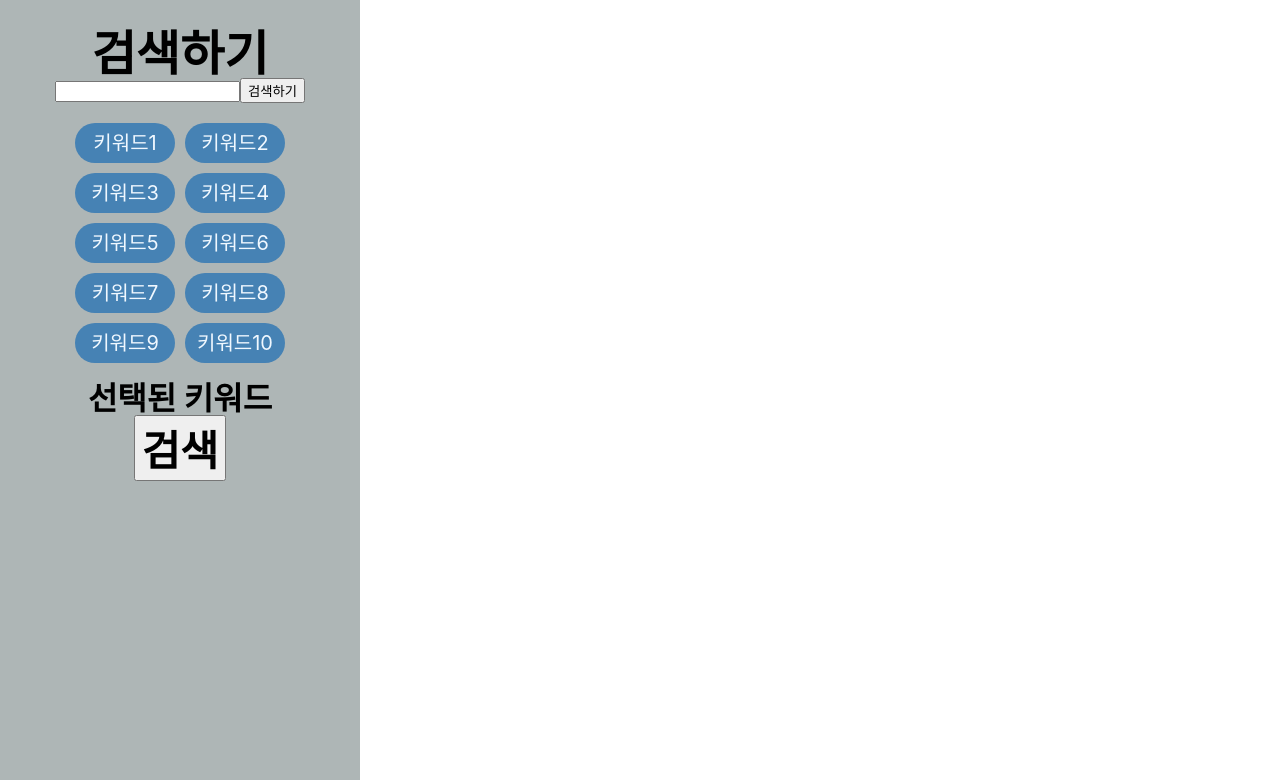
Repository: sunoo-lee/Star-Explore
Page: /
An editor plug-in stored every save of this project. The page is shown before and after the next save, followed by the edit.
The browser window is 1280 px wide. The pictures show the whole page.
The project was rebuilt for these pictures with package versions that can differ from the ones it lists, and the page was loaded fresh each time.

Above is the page before, as saved 2022-10-14 04:42:26.

### src/index.js
import React from "react";
import ReactDOM from "react-dom/client";
import "./reset.css";
import "./Style.css";
import App from "./components/App";
// import reportWebVitals from "./reportWebVitals";

const root = ReactDOM.createRoot(document.getElementById("root"));
root.render(
  <React.StrictMode>
    <App />
  </React.StrictMode>
);

// reportWebVitals();

### src/Style.css
html,
body,
#root {
  height: 100%;
}

body {
  margin: 0;
  font-family: -apple-system, BlinkMacSystemFont, "Segoe UI", "Roboto", "Oxygen",
    "Ubuntu", "Cantarell", "Fira Sans", "Droid Sans", "Helvetica Neue",
    sans-serif;
  -webkit-font-smoothing: antialiased;
  -moz-osx-font-smoothing: grayscale;
}

.container {
  height: 100%;
}

.nav {
  padding: 30px;
  background-color: rgb(174, 182, 182);
  width: 300px;
  display: flex;
  flex-direction: column;
  align-items: center;
  height: 100%;
}
.nav h1 {
  font-size: 3rem;
  font-weight: 700;
}
.keyword {
  padding: 20px;
}
.keyword ul {
  display: grid;
  grid-template-columns: 100px 100px;
  gap: 10px;
}
.keyword ul li {
  cursor: pointer;
}
.keyword ul li span {
  display: inline-block;
  font-size: 20px;
  width: 100px;
  height: 40px;
  line-height: 40px;
  text-align: center;
  background-color: lightskyblue;
  border-radius: 25px;
}

.keyword ul li .off {
  background-color: steelblue;
  color: aliceblue;
}
h2 {
  font-size: 2rem;
  font-weight: 700;
}
.selected span {
  display: inline-block;
  font-size: 1.2rem;
  margin: 10px;
}
.nav .nav_toggle {
  font-size: 2.6rem;
  font-weight: 700;
}

### src/components/App.js
import AppRouter from "./Router";

function App() {
  return (
    <>
      <AppRouter />
    </>
  );
}

export default App;

### src/components/Router.js
import { HashRouter as Router, Route, Routes } from "react-router-dom";
import Home from "../routes/Home";

const AppRouter = () => {
  return (
    <Router>
      <Routes>
        <Route exact path="/" element={<Home />} />
      </Routes>
    </Router>
  );
};

export default AppRouter;

### src/routes/Home.js
import React, { useState } from "react";

const Home = () => {
  const [select, setSelect] = useState([]);
  const onClick = (event) => {
    const keyword_btn = event.target;
    keyword_btn.className === "off"
      ? (keyword_btn.className = "on")
      : (keyword_btn.className = "off");

    const selected = event.target.innerText;
    if (keyword_btn.className === "on") {
      setSelect([...select, selected]);
    } else if (keyword_btn.className === "off") {
      setSelect(select.filter((key) => key !== selected));
    }
  };
  return (
    <div className="container">
      <div className="nav">
        <h1>검색하기</h1>
        <form>
          <input type="text" />
          <button>검색하기</button>
        </form>
        <div className="keyword">
          <ul>
            <li>
              <span className="off" onClick={onClick}>
                키워드1
              </span>
            </li>
            <li>
              <span className="off" onClick={onClick}>
                키워드2
              </span>
            </li>
            <li>
              <span className="off" onClick={onClick}>
                키워드3
              </span>
            </li>
            <li>
              <span className="off" onClick={onClick}>
                키워드4
              </span>
            </li>
            <li>
              <span className="off" onClick={onClick}>
                키워드5
              </span>
            </li>
            <li>
              <span className="off" onClick={onClick}>
                키워드6
              </span>
            </li>
            <li>
              <span className="off" onClick={onClick}>
                키워드7
              </span>
            </li>
            <li>
              <span className="off" onClick={onClick}>
                키워드8
              </span>
            </li>
            <li>
              <span className="off" onClick={onClick}>
                키워드9
              </span>
            </li>
            <li>
              <span className="off" onClick={onClick}>
                키워드10
              </span>
            </li>
          </ul>
        </div>
        <h2>선택된 키워드</h2>
        <div className="selected">
          {select.map((key, index) => (
            <span key={index}>{key}</span>
          ))}
        </div>
        <button className="nav_toggle">검색</button>
      </div>
    </div>
  );
};

export default Home;

Loaded but not shown: public/index.html (common file); src/reset.css (common file)

After the next save:
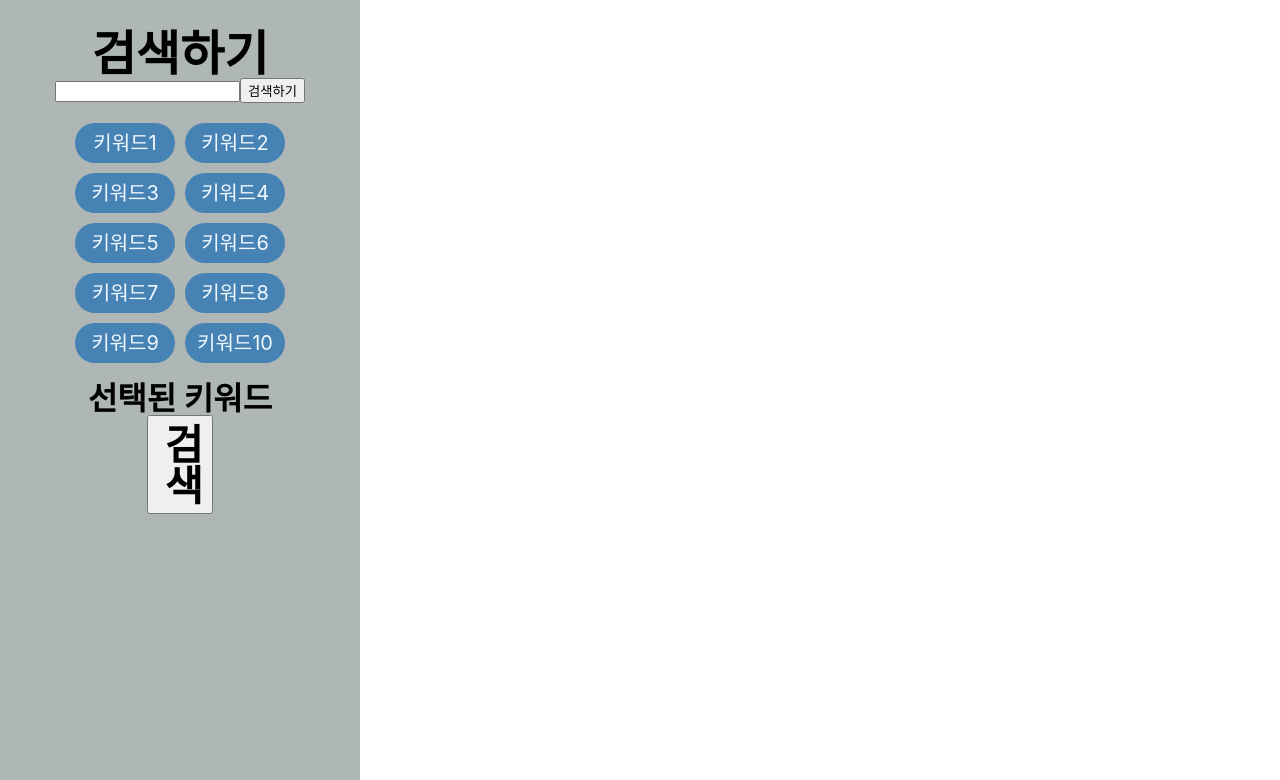
Saved 45 s later.
--- a/src/Style.css
+++ b/src/Style.css
@@ -68,4 +68,5 @@ h2 {
 .nav .nav_toggle {
   font-size: 2.6rem;
   font-weight: 700;
+  writing-mode: vertical-lr;
 }
